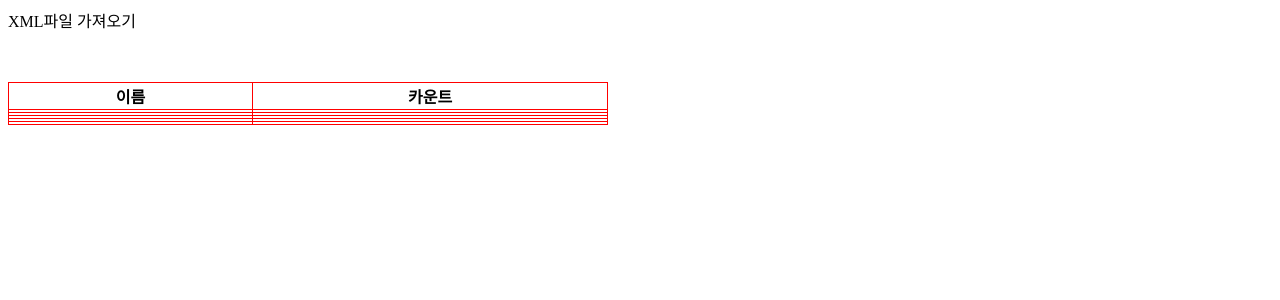
Repository: tjdwlsl/jspstudy
Page: http://localhost/JQuery_Ajax/02_ajax/ex05/ex05.jsp
These files come from the project's save history. The page is drawn as it stood at one moment and after the next save; the edit follows.
The browser window is 1280 px wide. The pictures show the whole page.
After loading, the first visible `#btn` was clicked once.
The page is served by Tomcat 9.

Above is the page before, as saved 2023-07-21 02:59:27.

After the next save:
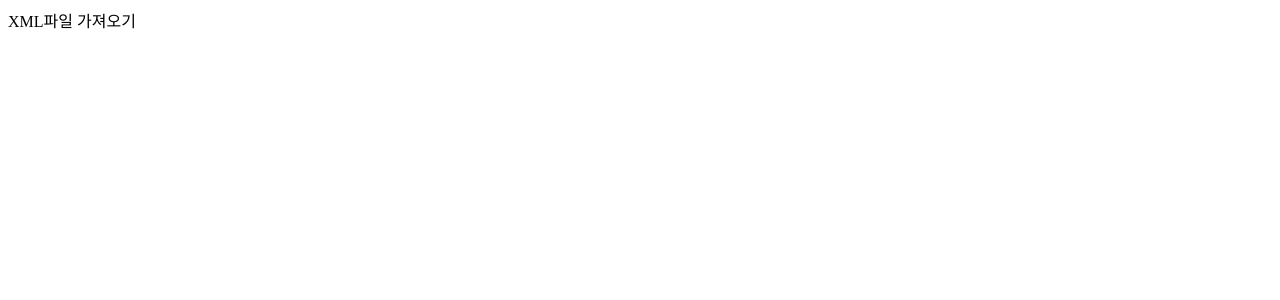
Console error: ReferenceError: price is not defined
Saved 25 s later.
--- a/JQuery_Ajax/src/main/webapp/02_ajax/ex05/ex05.jsp
+++ b/JQuery_Ajax/src/main/webapp/02_ajax/ex05/ex05.jsp
@@ -30,7 +30,7 @@
 				//원하는 태그 검색
 				$(data).find("product").each(function() {
 					var name = $(this).find("name").text();
-					var price = $(this).find("price").text();
+					var count = $(this).find("price").text();
 					table += "<tr>";
 					table += "<td>"+ name +"</td><td>"+price+"</td>";
 					table += "</tr>";

After the 2 saves that followed:
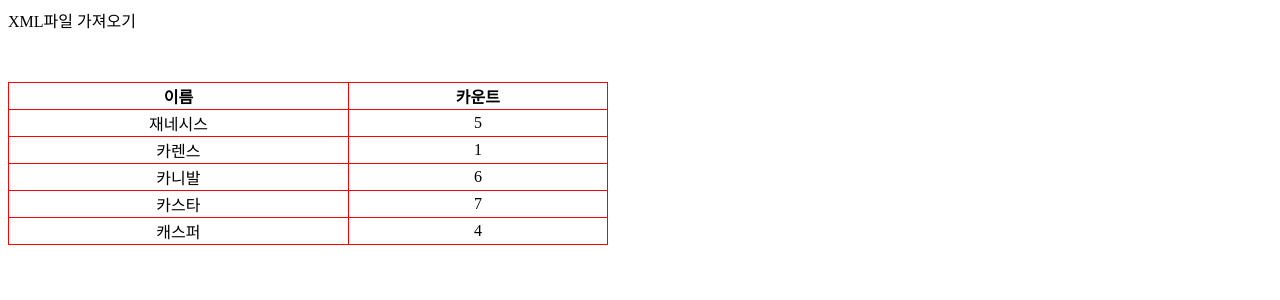
The error is gone.
The 2 saves are shown as one change because 1 left the picture as it was.
The last was saved 72 s later.
--- a/JQuery_Ajax/src/main/webapp/02_ajax/ex05/ex05.jsp
+++ b/JQuery_Ajax/src/main/webapp/02_ajax/ex05/ex05.jsp
@@ -29,10 +29,10 @@
 				table += "<tbody>";
 				//원하는 태그 검색
 				$(data).find("product").each(function() {
-					var name = $(this).find("name").text();
-					var count = $(this).find("price").text();
+					var name = $(this).attr("name");
+					var count = $(this).attr("count");
 					table += "<tr>";
-					table += "<td>"+ name +"</td><td>"+price+"</td>";
+					table += "<td>"+ name +"</td><td>"+ count +"</td>";
 					table += "</tr>";
 				});
 				table += "</tbody><table>";
